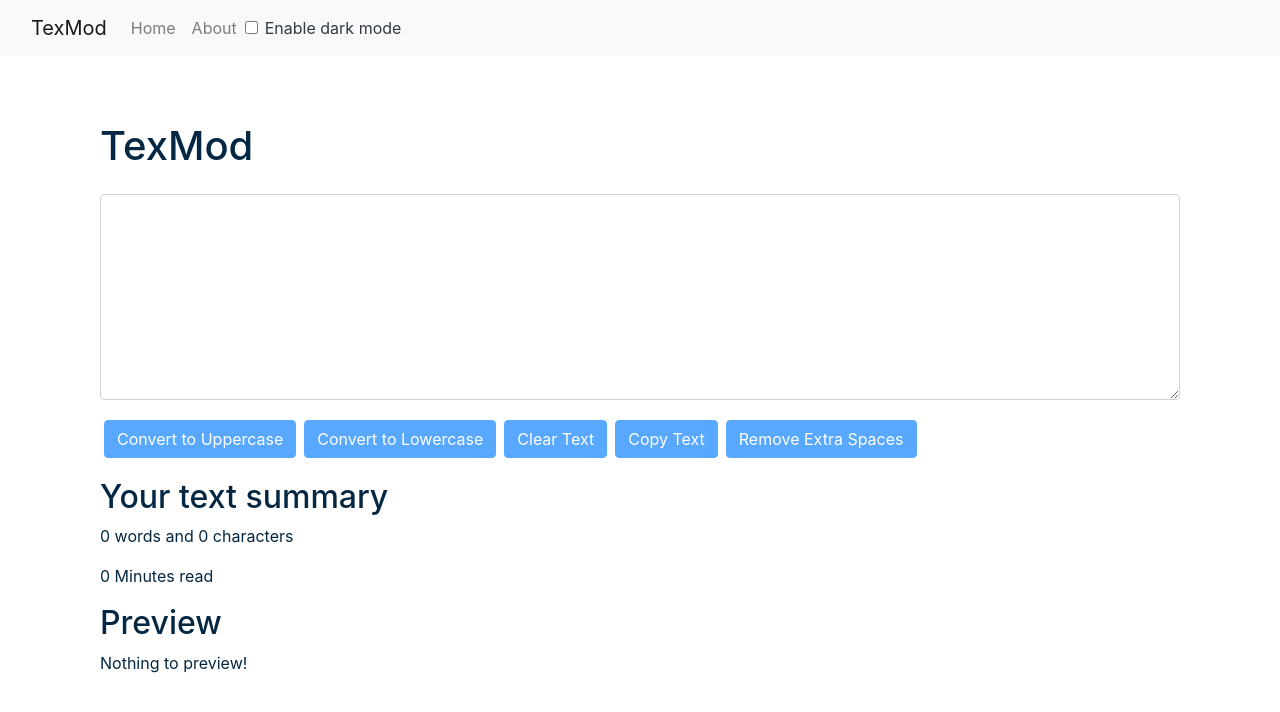
Repository: Ayush-dixit-15/TexMod
Page: /
These files come from the project's save history. The page is drawn as it stood at one moment and after the next save; the edit follows.
The browser window is 1280 px wide. The pictures show the whole page.
The project was rebuilt for these pictures with package versions that can differ from the ones it lists, and the page was loaded fresh each time. Also part of the build but not shown: src/index.css, src/App.css, src/components/About.js.

Above is the page before, as saved 2022-06-28 15:15:35.

After the next save:
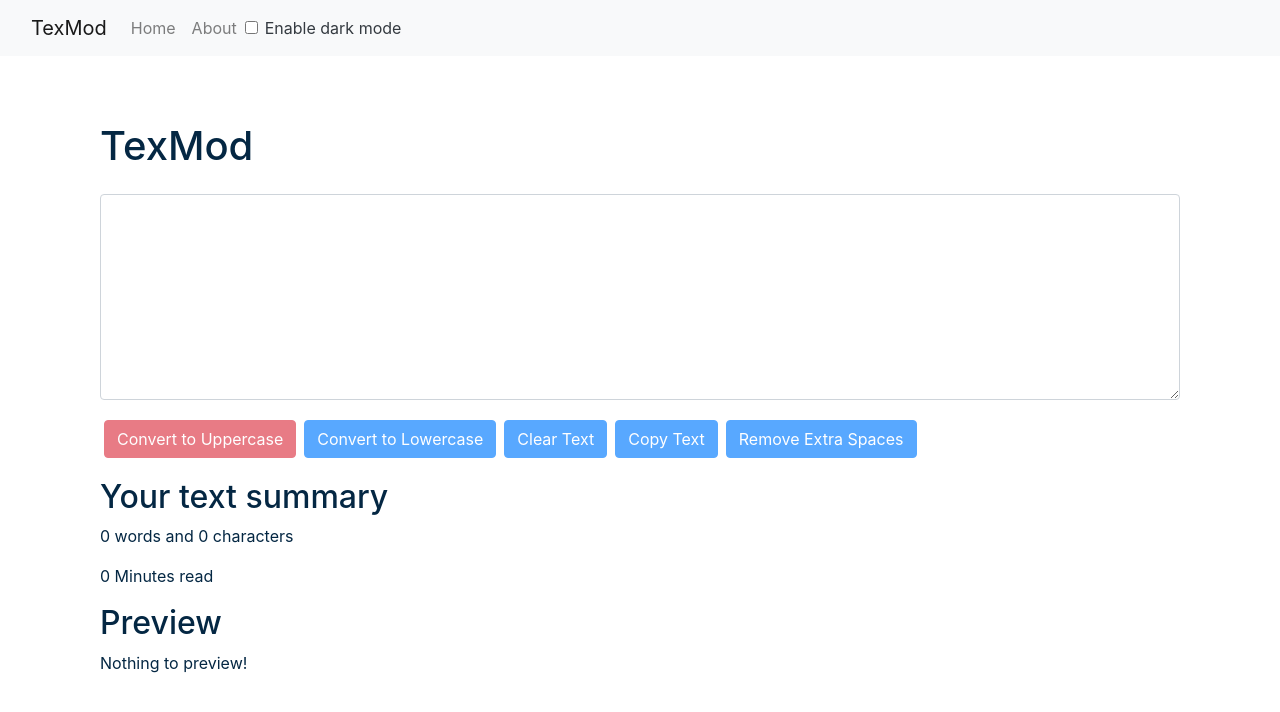
Saved 2 days later.
--- a/src/components/TextForm.js
+++ b/src/components/TextForm.js
@@ -43,7 +43,7 @@ export default function TextForm(props) {
             <div className="mb-3">
             <textarea className="form-control" value={text} onChange={handleOnChange} style={{backgroundColor: props.mode==='dark'?'#13466e':'white', color: props.mode==='dark'?'white':'#042743'}} id="myBox" rows="8"></textarea>
             </div>
-            <button disabled={text.length===0} className="btn btn-primary mx-1 my-1" onClick={handleUpClick}>Convert to Uppercase</button>
+            <button disabled={text.length===0} className="btn btn-danger mx-1 my-1" onClick={handleUpClick}>Convert to Uppercase</button>
             <button disabled={text.length===0} className="btn btn-primary mx-1 my-1" onClick={handleLoClick}>Convert to Lowercase</button>
             <button disabled={text.length===0} className="btn btn-primary mx-1 my-1" onClick={handleClearClick}>Clear Text</button>
             <button disabled={text.length===0} className="btn btn-primary mx-1 my-1" onClick={handleCopy}>Copy Text</button>
